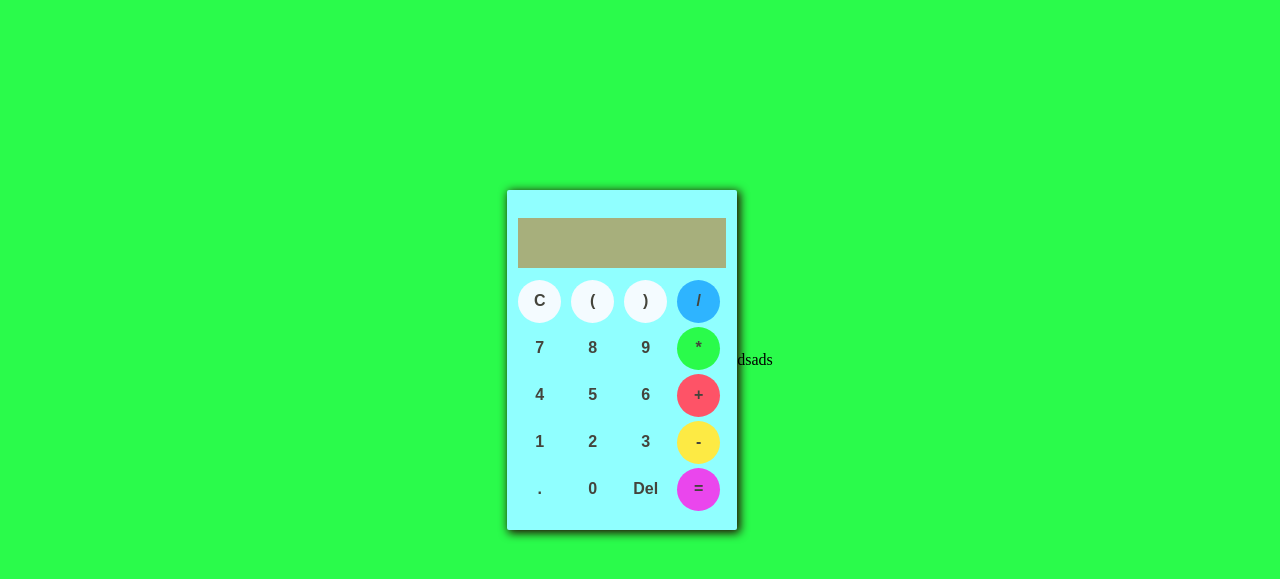
Repository: ServerK001/CalcJsVanilha
Page: index.html
The author's editor kept a copy of each file at every save. The page is drawn from the files as they stood at one save, then again after a run of saves.
The browser window is 1280 px wide. The pictures show the whole page.

Above is the page before, as saved 2022-02-15 18:36:32.

After the next 3 saves:
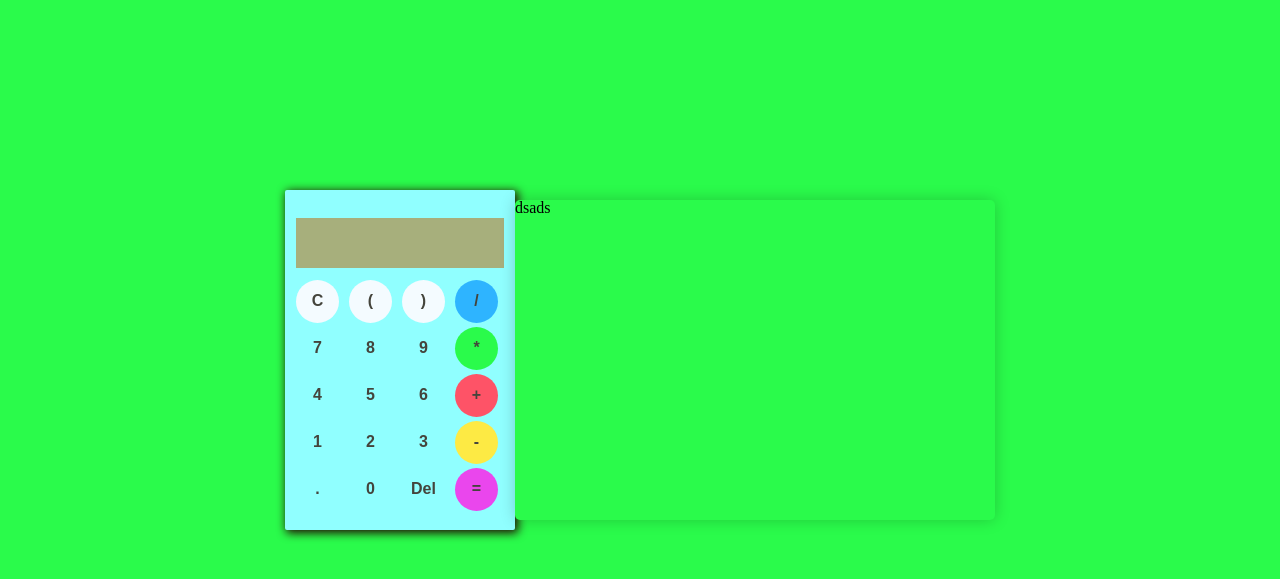
The 3 saves are shown as one change because they came seconds apart.
The last was saved 22 s later.
--- a/style.css
+++ b/style.css
@@ -114,3 +114,28 @@ html, body{
 
 
 }
+
+.vidro{
+	width: 30rem;
+	height: 20rem;
+	box-shadow: 0 0 1rem 0 rgba(0, 0, 0, .2);
+	border-radius: 5px;
+	position: relative;
+	z-index: 1;
+	background: inherit;
+	overflow: hidden;
+}
+
+.container:before {
+	content: "";
+	position: absolute;
+	background: inherit;
+	z-index: -1;
+	top: 0;
+	left: 0;
+	right: 0;
+	bottom: 0;
+	box-shadow: inset 0 0 2000px rgba(255, 255, 255, .5);
+	filter: blur(10px);
+	margin: -20px;
+}
